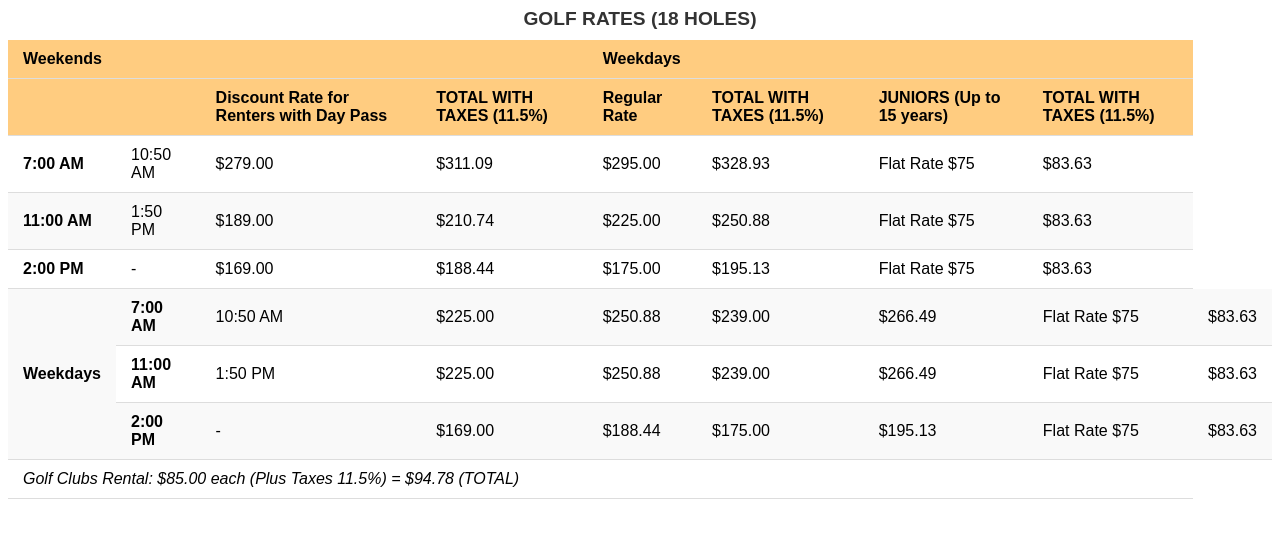
Repository: chvg1968/luxephonebook
Page: public/pages/golfrates.html
The author's editor kept a copy of each file at every save. The page is drawn from the files as they stood at one save, then again after the next save.
The browser window is 1280 px wide. The pictures show the whole page.

Above is the page before, as saved 2025-01-23 16:46:12.

After the next save:
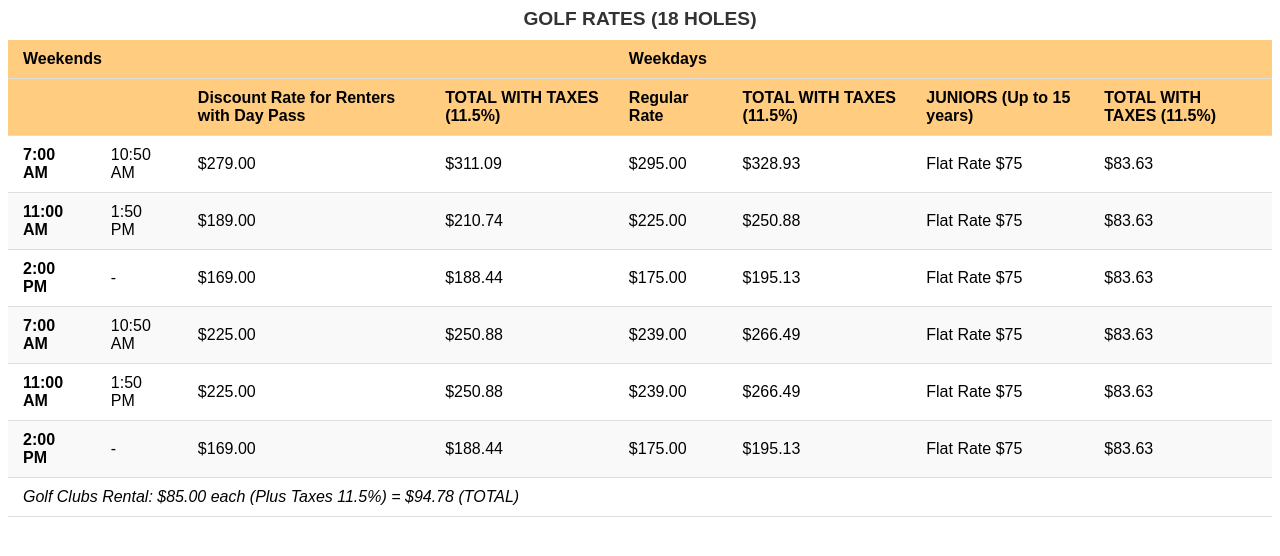
Saved 5 min 43 s later.
--- a/public/pages/golfrates.html
+++ b/public/pages/golfrates.html
@@ -57,7 +57,6 @@
             <td>$83.63</td>
           </tr>
           <tr>
-            <th rowspan="3">Weekdays</th>
             <th>7:00 AM</th>
             <td>10:50 AM</td>
             <td>$225.00</td>
